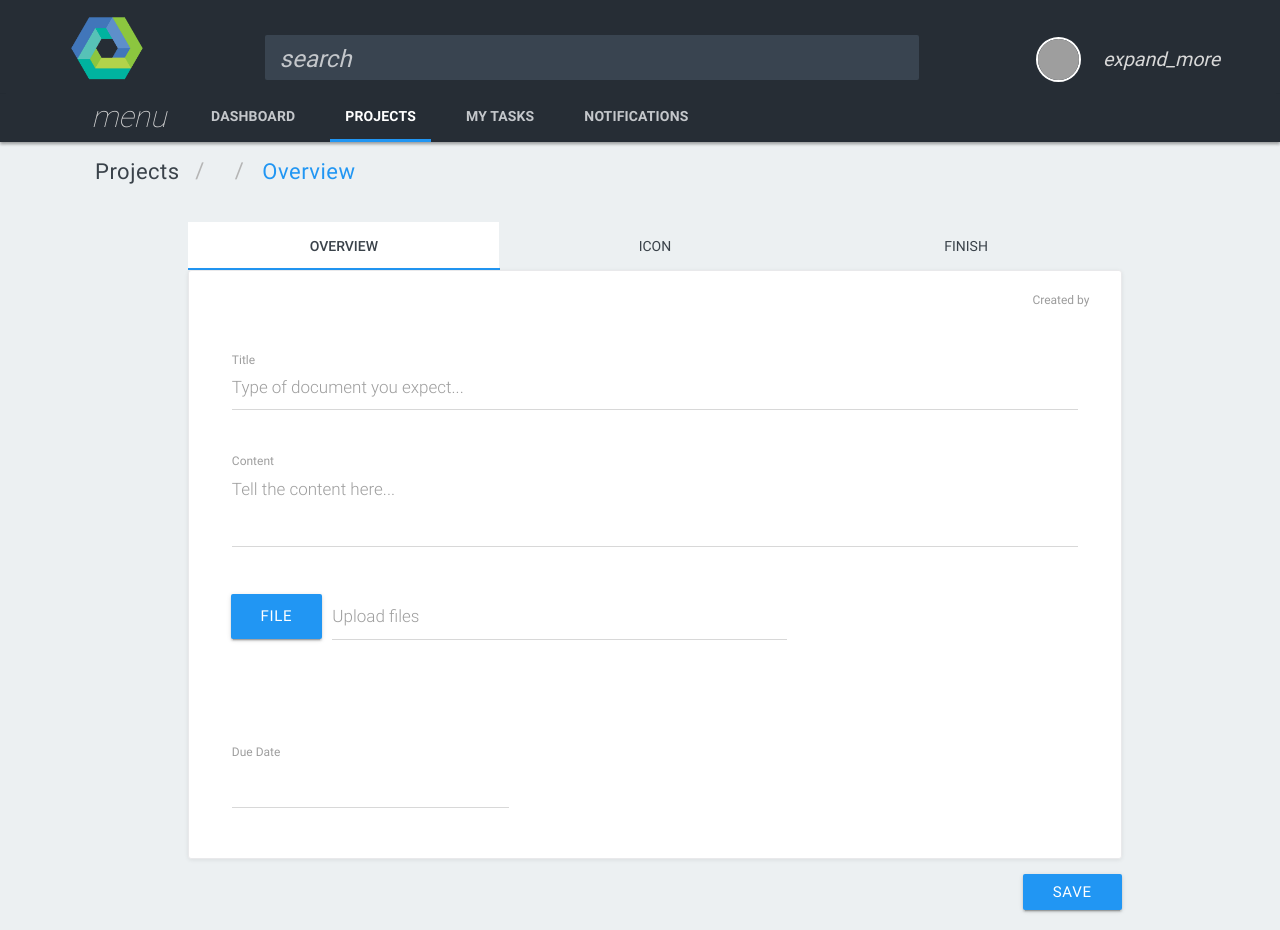
Repository: RenanChagas/ProjectManagement
Page: http://localhost/finalproject/WEB-INF/views/projectDetail.jsp
These files come from the project's save history. The page is drawn as it stood at one moment and after the next save; the edit follows.
The browser window is 1280 px wide. The pictures show the whole page.
Pictures or frames that could not be fetched are drawn as grey boxes. The page is served by Tomcat 9. Nobody is signed in. The template is opened directly, without the code that normally fills it, so the values that code supplies are empty.

Above is the page before, as saved 2017-12-01 21:42:34.

After the next save:
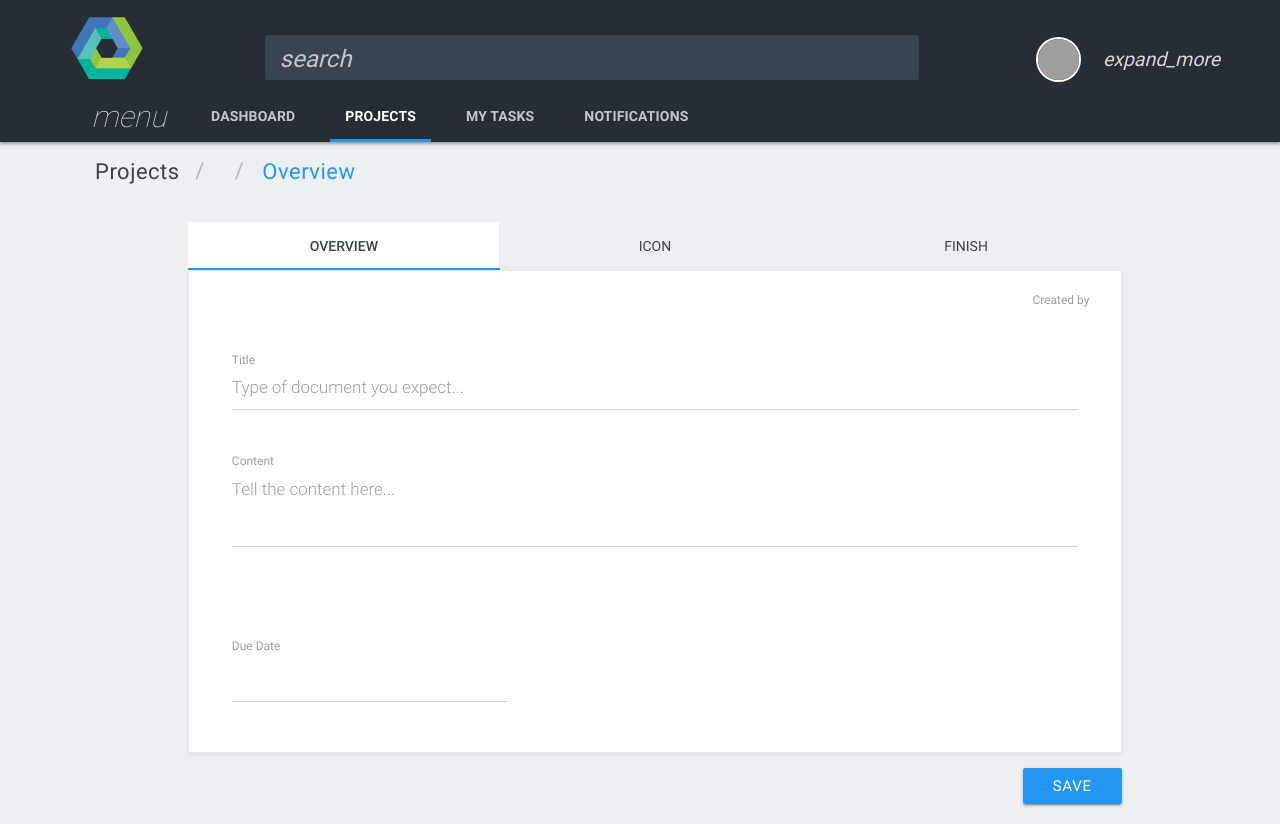
Saved 52 min 34 s later.
--- a/finalproject/src/main/webapp/WEB-INF/views/projectDetail.jsp
+++ b/finalproject/src/main/webapp/WEB-INF/views/projectDetail.jsp
@@ -224,19 +224,7 @@
                             </div>
                         </div>
                         <!-- Description-END-->
-                        <!-- File Upload -->
-                        <div class="file-field input-field MDC-margin-bottom40 MDC-margin-left10">
-                        	<div class="btn waves-light blue MDC-form-text">
-                            	<span>File</span>
-                                <input type="file"  name="file" id="file">
-                            </div>
-                            <div class="file-path-wrapper">
-	                            <input class="file-path validate MDC-border-grey-light MDC-font-17 MDC-color-grey-dark-2
-	                            	MDC-font-weight-300 MDC-maxSize-60perc"
-	                            	type="text" placeholder="Upload files">
-                           	</div>
-                    		</div>
-                    	<!-- File Upload-END-->
+
                     	<!-- Links -->
                     	<div class="row MDC-margin-bottom40">
                     	<c:forEach items="${FilesProject}" var="FilesProjects">
